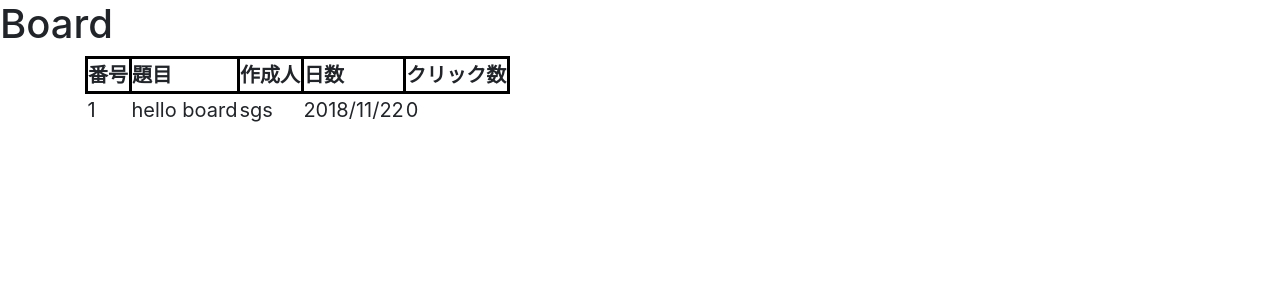
Repository: songgisung/study_web
Page: 20181126/test/board/WebContent/board.html
An editor plug-in stored every save of this project. The page is shown before and after the next save, followed by the edit.
The browser window is 1280 px wide. The pictures show the whole page.

Above is the page before, as saved 2018-11-26 01:41:46.

After the next save:
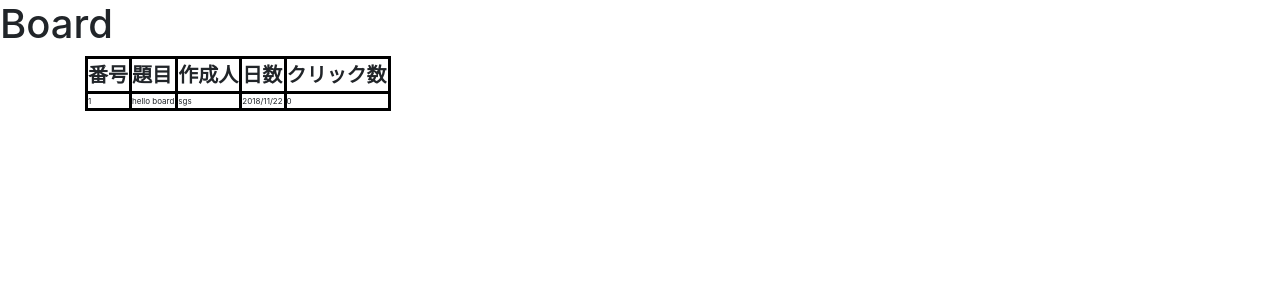
Saved 78 s later.
--- a/20181126/test/board/WebContent/css/board.css
+++ b/20181126/test/board/WebContent/css/board.css
@@ -13,4 +13,11 @@
 	padding-left: 0px;
 	margin:10px;
 	border:3px black solid;
+	font-szie :10px
 }
+.table_ td{
+	padding-left: 0px;
+	margin:10px;
+	border:3px black solid;
+	font-size:8px
+}
